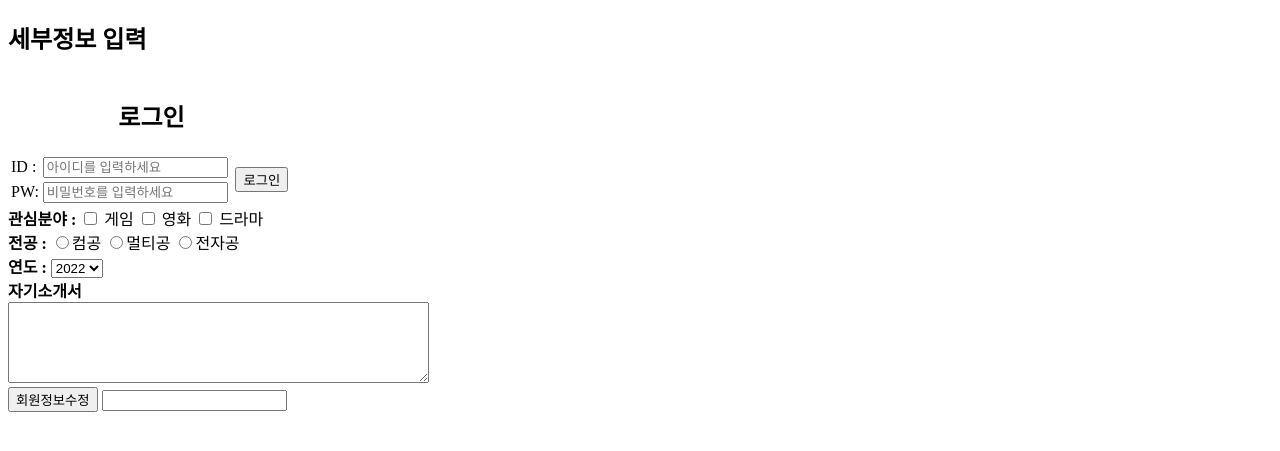
Repository: umhayun/myJSP
Page: HTML/src/main/webapp/login.html
The author's editor kept a copy of each file at every save. The page is drawn from the files as they stood at one save, then again after the next save.
The browser window is 1280 px wide. The pictures show the whole page.

Above is the page before, as saved 2022-01-18 02:12:32.

### HTML/src/main/webapp/login.html
<!DOCTYPE html>
<html>
<head>
<meta charset="UTF-8">
<title>Insert title here</title>
</head>
<body>
<!--form태그는 데이터를 전송하기 위해서 사용 -->
<form action="">
<table >
	<h2>세부정보 입력</h2>
	<tr>
		<td colspan=3 align=center><h2>로그인</h2></td>
	</tr>
	<tr>
		<td width="20">ID : </td>
		<td width="50"><input type="text" placeholder="아이디를 입력하세요"></td>
		<td width="60"rowspan=2 align=center><input type=submit value="로그인"></td>
	</tr>
	<tr>
		<td width="20">PW: </td>
		<td width="50"><input type="password" placeholder="비밀번호를 입력하세요"></td>
	</tr>

</table>
</form>

<form>
<!-- 관심분야 체크박스 -->
<strong>관심분야 : </strong>
<input type="checkbox" name="intro"> 게임
<input type="checkbox" name="intro"> 영화
<input type="checkbox" name="intro"> 드라마
<!-- radio 타입 -->
<br>
<strong>전공 : </strong>
<input type="radio"name="major">컴공
<input type="radio"name="major">멀티공
<input type="radio"name="major">전자공

<br>
<strong>연도 : </strong>
<select>
<option>2022</option>
<option>2021</option>
<option>2020</option>
<option>2019</option>
<option>2018</option>
</select>
<br>
<strong>자기소개서</strong>
<br>
<textarea rows="5" cols="50"></textarea>
<br>
<input type=submit value="회원정보수정">
<input type=>
</form>

</body>
</html>

After the next save:
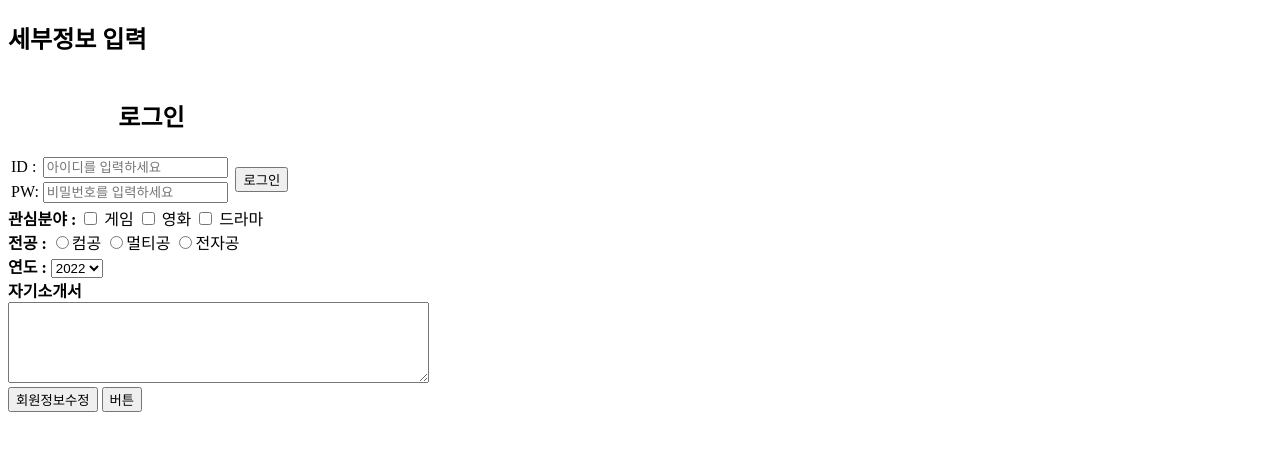
Saved 5 min 19 s later.
--- a/HTML/src/main/webapp/login.html
+++ b/HTML/src/main/webapp/login.html
@@ -52,8 +52,8 @@
 <br>
 <textarea rows="5" cols="50"></textarea>
 <br>
-<input type=submit value="회원정보수정">
-<input type=>
+<input type="submit" value="회원정보수정">
+<input type="button" value="버튼">
 </form>
 
 </body>
